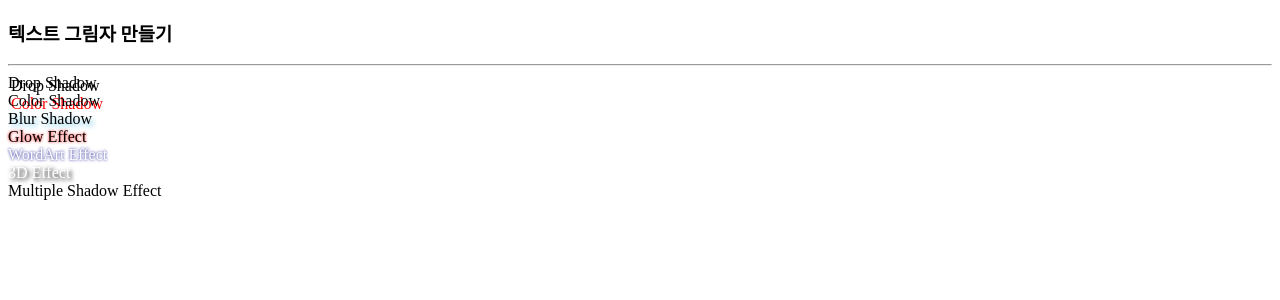
Repository: Gmajorlist/HTML
Page: css/src/main/webapp/07_cssShadowCursor/exam1.html
An editor plug-in stored every save of this project. The page is shown before and after the next save, followed by the edit.
The browser window is 1280 px wide. The pictures show the whole page.

Above is the page before, as saved 2023-03-17 00:50:42.

After the next save:
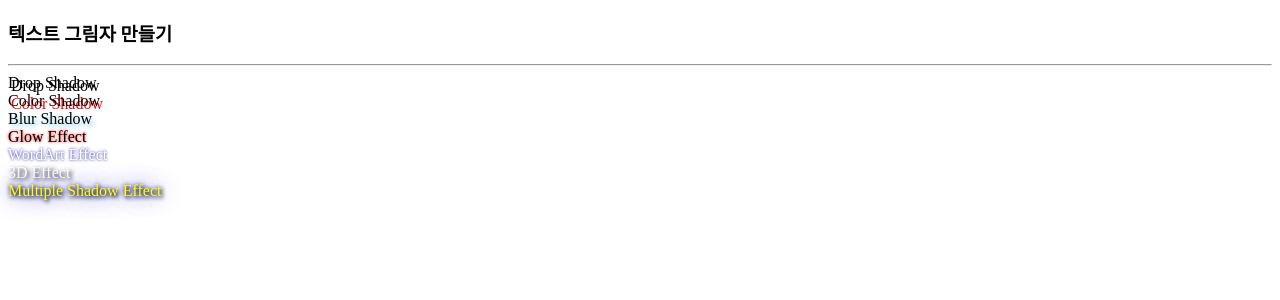
Saved 82 s later.
--- a/css/src/main/webapp/07_cssShadowCursor/exam1.html
+++ b/css/src/main/webapp/07_cssShadowCursor/exam1.html
@@ -27,7 +27,12 @@ div{
 	color: white;
 	text-shadow: 2px 2px 4px Black;
 }
-
+.multiEffect{/* 3개의 효과를 동시에 적용 */
+	color: yellow;
+	text-shadow: 2px 2px 4px Black,
+				 0 0 25px blue,
+				 0 0 5px darkblue;
+}
 </style>
 </head>
 <body>
